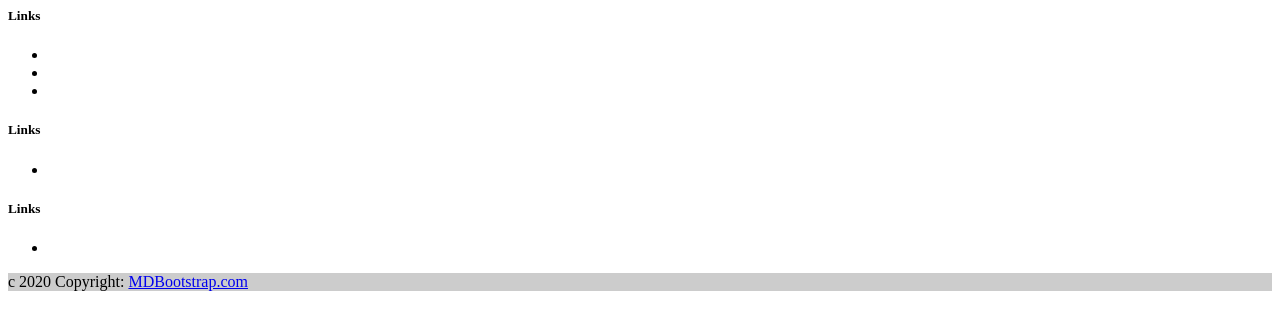
Repository: LucasV26/Projeto_TFT_3
Page: TFTbuilder/WebContent/Views/foot.html
The author's editor kept a copy of each file at every save. The page is drawn from the files as they stood at one save, then again after the next save.
The browser window is 1280 px wide. The pictures show the whole page.

Above is the page before, as saved 2021-01-24 04:52:51.

After the next save:
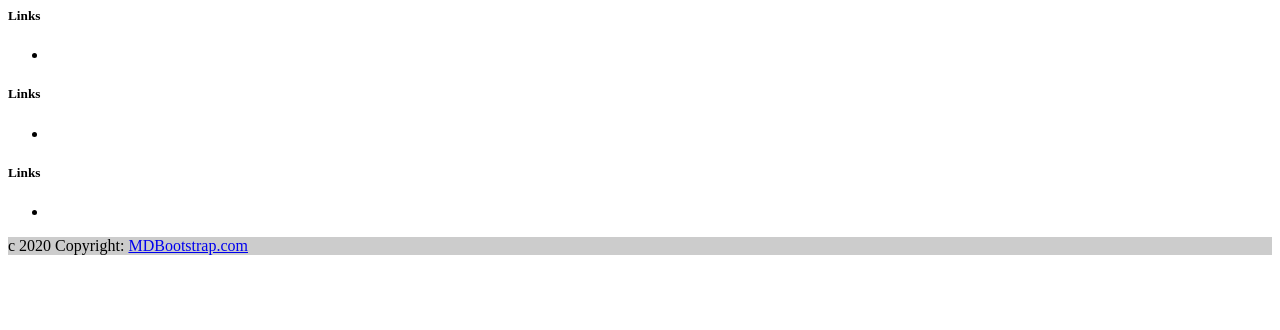
Saved 6 s later.
--- a/TFTbuilder/WebContent/Views/foot.html
+++ b/TFTbuilder/WebContent/Views/foot.html
@@ -13,16 +13,6 @@
 		          <li>
 		            <a class="btn btn-primary" style="background-color: #3b5998" href="#!" role="button"
 					  ><i class="fab fa-facebook-f"></i
-					></a>
-		          </li>
-		          <li>
-		            <a class="btn btn-primary" style="background-color: #ac2bac" href="#!" role="button"
-					  ><i class="fab fa-instagram"></i
-					></a>
-		          </li>
-		          <li>
-		            <a class="btn btn-primary" style="background-color: #333333" href="#!" role="button"
-					  ><i class="fab fa-github"></i
 					></a>
 		          </li>
 		        </ul>
